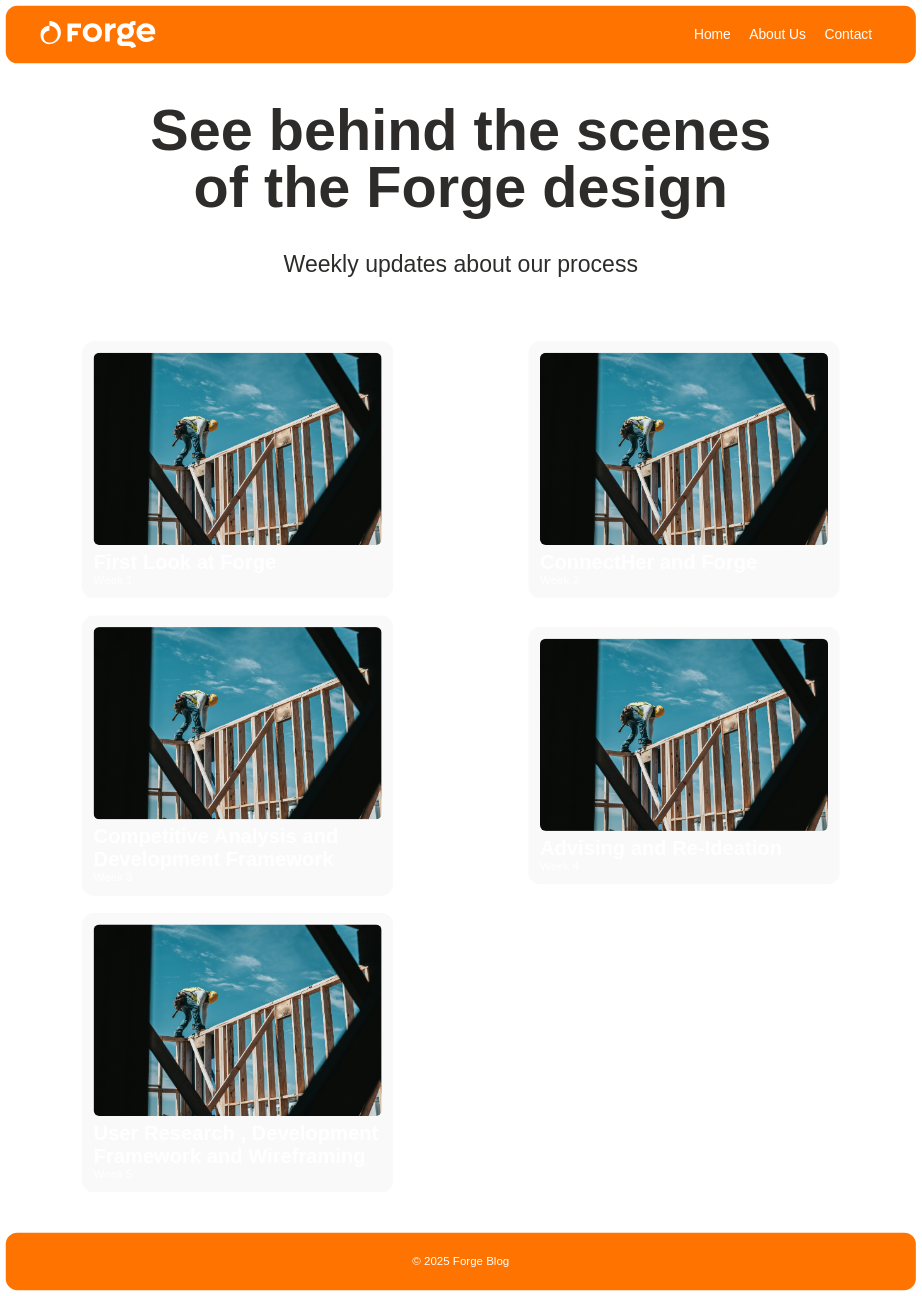
Repository: Forge-IDSP/Blog
Page: /
The author's editor kept a copy of each file at every save. The page is drawn from the files as they stood at one save, then again after the next save.
The browser window is 1280 px wide. The pictures show the whole page, at 72% of full size.
The project was rebuilt for these pictures with package versions that can differ from the ones it lists, and the page was loaded fresh each time. Also part of the build but not shown: vite.config.js, src/index.css, src/pages/blogpost.module.css, src/pages/week1.jsx, src/pages/week2.jsx, src/pages/week3.jsx, src/pages/week4.jsx, src/pages/week5.jsx and 4 more.

Above is the page before, as saved 2025-10-27 13:06:01.

### index.html
<!DOCTYPE html>
<html lang="en">
    <head>
        <meta charset="UTF-8" />
        <link
            rel="icon"
            type="image/svg+xml"
            href="/vite.svg" />
        <meta
            name="viewport"
            content="width=device-width, initial-scale=1.0" />
        <title>Forge Blog</title>
    </head>
    <body>
        <div id="root"></div>
        <script
            type="module"
            src="/src/main.jsx"></script>
    </body>
</html>

### src/App.jsx
import { BrowserRouter as Router, Routes, Route } from "react-router-dom";
import Home from "./pages/home.jsx";
import Week1 from "./pages/week1.jsx";
import Week2 from "./pages/week2.jsx";
import Week3 from "./pages/week3.jsx";
import Week4 from "./pages/week4.jsx";
import Week5 from "./pages/week5.jsx";
import AboutUs from "./pages/aboutUs.jsx";
import ContactUs from "./pages/contactUs.jsx";

export default function App() {
    return (
        <Router>
            <Routes>
                <Route
                    path='/'
                    element={<Home />}
                />
                <Route
                    path='/week1'
                    element={<Week1 />}
                />
                <Route
                    path='/week2'
                    element={<Week2 />}
                />
                <Route
                    path='/week3'
                    element={<Week3 />}
                />
                <Route
                    path='/week4'
                    element={<Week4 />}
                />
                <Route
                    path='/week5'
                    element={<Week5 />}
                />
                <Route
                    path='/aboutUs'
                    element={<AboutUs />}
                />
                <Route
                    path='/contactUs'
                    element={<ContactUs />}
                />
            </Routes>
        </Router>
    );
}

### src/pages/home.jsx
import Header from "../ui/header/header.jsx";
import Card from "../ui/card/card.jsx";
import Footer from "../ui/footer/footer.jsx";
import cardcontent from "../data/cardcontent.json";

export default function Home() {
    return (
        <div className='page'>
            <Header />
            <h1 className='title'>
                See behind the scenes
                <br /> of the Forge design
            </h1>
            <p className='subtitle'>Weekly updates about our process</p>

            <div className='post_container'>
                {cardcontent.map((item) => (
                    <Card
                        key={item.id}
                        title={item.title}
                        image={item.image}
                        text={item.text}
                        link={item.link}
                    />
                ))}
            </div>

            <Footer />
        </div>
    );
}

### src/ui/header/header.jsx
import style from "./header.module.css";
import { Link } from "react-router-dom";

function Header() {
    return (
        <div className={style.header}>
            <img
                src='/forge-logo.svg'
                alt='Forge Logo'
                className={style.logo}></img>
            <nav className={style.menu}>
                <a
                    className={style.menu_item}
                    href='/'>
                    Home
                </a>
                <Link
                    className={style.menu_item}
                    to='/AboutUs'>
                    About Us
                </Link>

                <Link
                    to='/ContactUs'
                    className={style.menu_item}>
                    Contact
                </Link>
            </nav>
        </div>
    );
}

export default Header;

### src/ui/card/card.jsx
import { Link } from "react-router-dom";
import styles from "./card.module.css";

export default function Card({ title, image, text, link }) {
    return (
        <Link
            to={link}
            className={styles.card}>
            <img
                className={styles.card_image}
                src={image}
                alt={title}
            />
            <h2 className={styles.card_title}>{title}</h2>
            <p className={styles.card_week}>{text}</p>
        </Link>
    );
}

### src/ui/footer/footer.jsx
import styles from "./footer.module.css";

function Footer() {
    const currentYear = new Date().getFullYear();

    return (
        <footer className={styles.footer}>
            <p className={styles.footer__text}>© {currentYear} Forge Blog</p>
        </footer>
    );
}

export default Footer;

### src/data/cardcontent.json
[
    {
        "id": "week1",
        "title": "First Look at Forge",
        "image": "/blog-image1.jpg",
        "text": "Week 1",
        "link": "/week1"
    },
    {
        "id": "week2",
        "title": "ConnectHer and Forge",
        "image": "/blog-image1.jpg",
        "text": "Week 2",
        "link": "/week2"
    },
    {
        "id": "week3",
        "title": "Competitive Analysis and Development Framework",
        "image": "/blog-image1.jpg",
        "text": "Week 3",
        "link": "/week3"
    },
    {
        "id": "week4",
        "title": "Advising and Re-Ideation ",
        "image": "/blog-image1.jpg",
        "text": "Week 4",
        "link": "/week4"
    },
    {
        "id": "week5",
        "title": "User Research , Development Framework and Wireframing ",
        "image": "/blog-image1.jpg",
        "text": "Week 5",
        "link": "/week5"
    }
]

### src/App.css
#root {
    /* ----- COLORS ----- */
    --primary-50: #fff1e6;
    --primary-100: #ffd4b0;
    --primary-200: #ffbf8a;
    --primary-300: #ffa155;
    --primary-400: #ff8f34;
    --primary-500: #ff7301;
    --primary-600: #e86901;
    --primary-700: #b55201;
    --primary-800: #8c3f01;
    --primary-900: #6b3000;

    --secondary-50: #eefae6;
    --secondary-100: #cbefb1;
    --secondary-200: #b2e88b;
    --secondary-300: #8fdd55;
    --secondary-400: #79d635;
    --secondary-500: #58cc02;
    --secondary-600: #50ba02;
    --secondary-700: #3e9101;
    --secondary-800: #86967a;
    --secondary-900: #255601;

    /* -- neutral colors -- */

    --offwhite-500: #f9f9f9;
    --white: #ffffff;
    --black-50: #eaeaea;
    --black-100: #bebebd;
    --black-200: #9e9e9d;
    --black-300: #727271;
    --black-400: #575655;
    --black-500: #2d2c2b;

    /* ----- FONT -----  */
    --font-family: "Nunito Sans", sans-serif;
}

.root {
    background-color: var(--white);
}
.page {
    margin: 0 auto;
    padding: 1rem;
    text-align: center;
    height: 100%;
    margin: 0;
    padding: 0;
    background-color: var(--white);
    display: flex;
    flex-direction: column;
    font-family: var(--font-family);
}

.title {
    font-size: 5rem;
    color: var(--black-500);
    line-height: 5rem;
    margin-bottom: 1rem;
}

.subtitle {
    font-size: 2rem;
    color: var(--black-500);
}

.post_container {
    display: grid;
    grid-template-columns: repeat(3, 1fr);
    gap: 2rem;
    background-color: var(--white);
    padding: 3rem;
    border-radius: 16px;
    align-items: center;
    justify-content: center;
    justify-items: center;
    margin-bottom: 2rem;
    margin-top: 2rem;
}

/* Tablet: 2 columns */
@media (max-width: 1300px) {
    .post_container {
        grid-template-columns: repeat(2, 1fr);
        padding: 1.5rem;
        gap: 1.5rem;
    }
}

/* Mobile: 1 column */
@media (max-width: 600px) {
    .post_container {
        grid-template-columns: 1fr;
        padding: 1rem;
        gap: 1rem;
    }
}

### src/ui/header/header.module.css
.header {
    background-color: var(--primary-500);
    display: flex;
    justify-content: space-between;
    align-items: center;
    padding: 1rem 3rem;
    border-radius: 16px;
}

.logo {
    width: 10rem;
}

.menu {
    display: flex;
    gap: rem;
}

.menu_item {
    font-size: 1.2rem;
    text-decoration: none;
    color: var(--white);
    font-family: var(--font-family);
    padding: 0.8rem;
}

.menu_item:hover {
    font-weight: bold;
    padding: 0.8rem;
    border-radius: 8px;
}

### src/ui/card/card.module.css
.card {
    background-color: var(--offwhite-500);
    padding: 1rem;
    border-radius: 16px;
    display: flex;
    flex-direction: column;
    align-items: start;
    width: 400px;
    text-decoration: none;
}

.card:hover {
    transform: scale(1.03);
    background-color: var(--color-primary-dark);
}

.card_image {
    width: 400px;
    height: auto;
    border-radius: 8px;
    margin-bottom: 8px;
}

.card_title {
    font-size: 28px;
    text-align: start;
    margin: 0;
    color: var(--white);
}

a:visited .card_title {
    color: var(--white);
}

.card_week {
    font-size: 16px;
    margin: 0;
    color: var(--white);
}

### src/ui/footer/footer.module.css
.footer {
    width: 100%;
    height: 5em;
    display: flex;
    justify-content: center;
    align-items: center;
    background-color: var(--primary-500);
    margin-top: auto;
    border-radius: 16px;
}

.footer__text {
    font-family: var(--font-family);
    color: var(--white);
    font-size: 16px;
    text-align: center;
    margin: 0;
}

Loaded but not shown: src/main.jsx (common file)

After the next save:
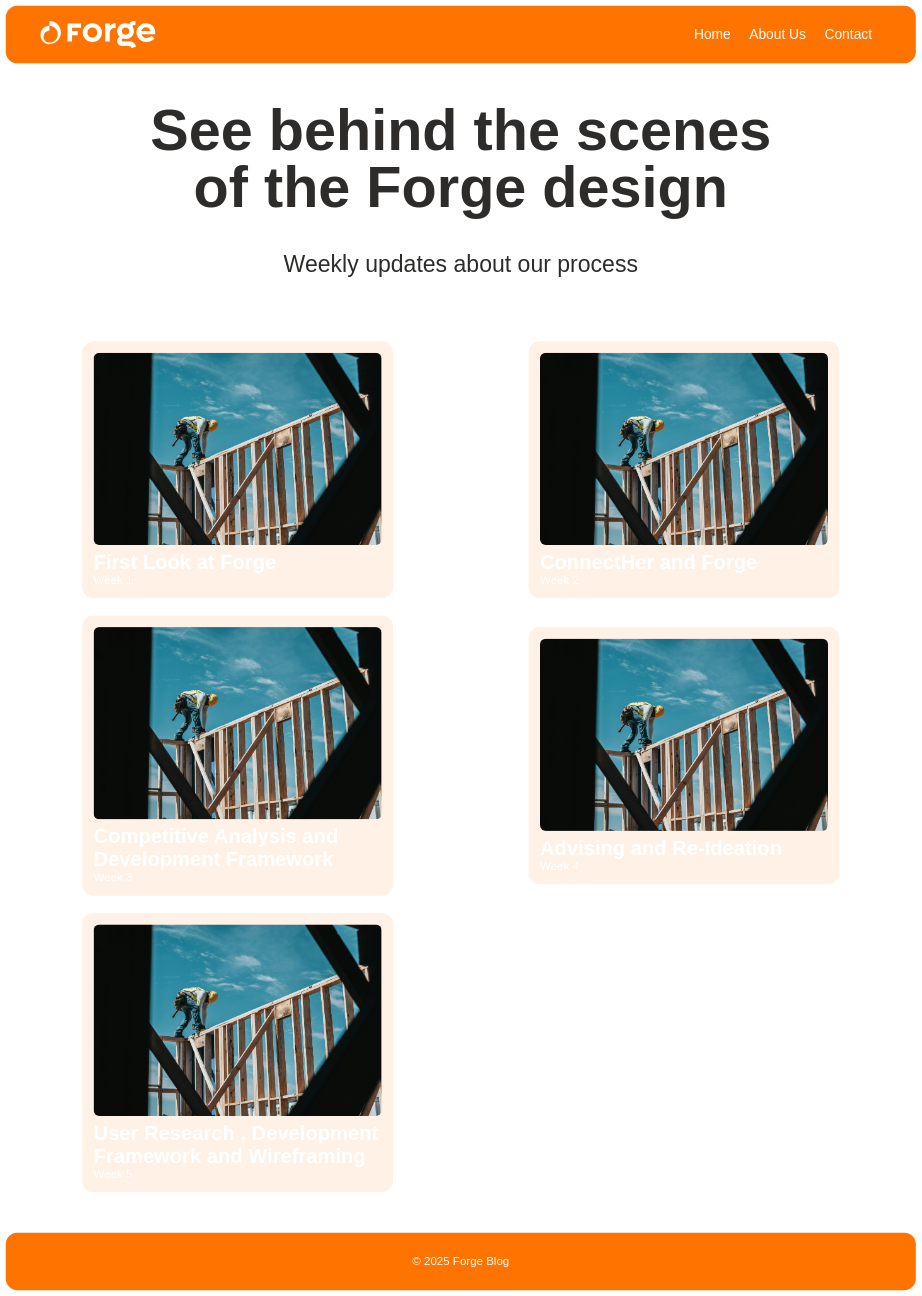
Saved 11 s later.
--- a/src/ui/card/card.module.css
+++ b/src/ui/card/card.module.css
@@ -1,5 +1,5 @@
 .card {
-    background-color: var(--offwhite-500);
+    background-color: var(--primary-50);
     padding: 1rem;
     border-radius: 16px;
     display: flex;
